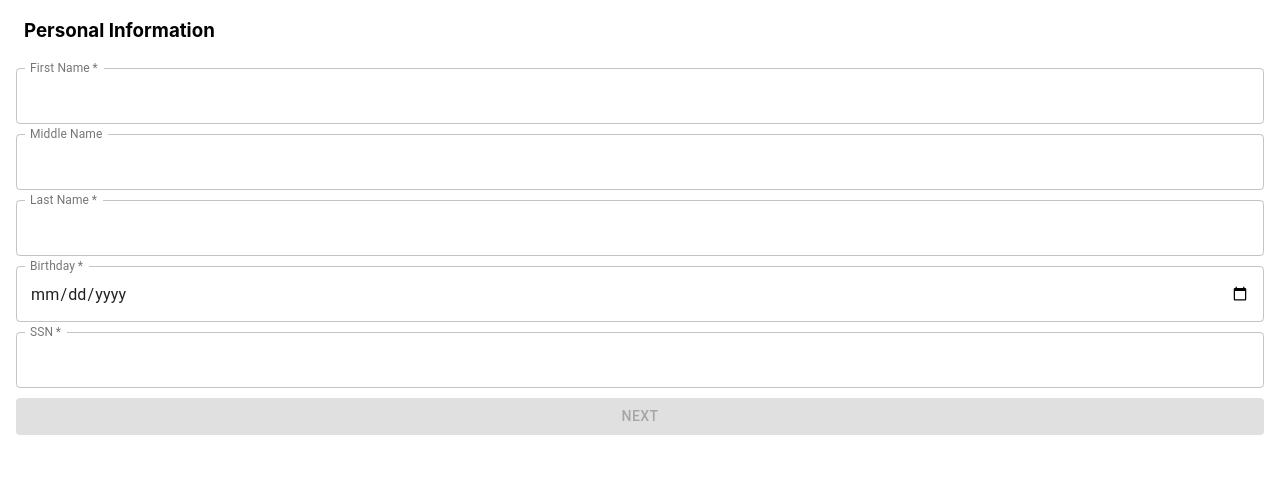
Repository: chathuraedirisingh/rr
Page: /
These files come from the project's save history. The page is drawn as it stood at one moment and after the next save; the edit follows.
The browser window is 1280 px wide. The pictures show the whole page.
The page's requests for data from a server got no answer. The project was rebuilt for these pictures with package versions that can differ from the ones it lists, and the page was loaded fresh each time. No one was signed in, and anything a server would have sent is missing. Also part of the build but not shown: src/components/FormContactDetails.js, src/components/FormEmployerDetails.js, src/components/Confirm.js.

Above is the page before, as saved 2019-12-19 15:28:50.

### src/App.js
import React, { Component } from 'react'
import UserForm from './components/UserForm'

export default class App extends Component {
  render() {
    return (
      <UserForm />
    )
  }
}

### src/components/UserForm.js
import React, { Component } from 'react'
import FormPersonalDetails from './FormPersonalDetails';
import FormContactDetails from './FormContactDetails';
import FormEmployerDetails from './FormEmployerDetails';
import Confirm from './Confirm';
import firebase from '../configs/firebase';
export default class UserForm extends Component {
    state = {
        step: 1,
        first_name: "",
        middle_name: "",
        last_name: "",
        document_number: '',
        ssn: "",
        email: "",
        phone: "",
        address: "",
        city: "",
        state: "",
        zip: "",
        employed: "",
        employer_name: "",
        job_title: "",
        emp_phone: "",
        income: "",
        start_date: "",
        income_ext: "",
        date_of_birth: "",
        date_of_expiry: "",
        date_of_issue: "",
        document_image: "",
        face_image: "",
        sex: "",
        verified: "",
        userdata: "",
        key: ''
    };



    nextStep = () => {
        const { step } = this.state;
        this.setState({
            step: step + 1
        });
        // console.log(this.state);
    };

    prevStep = () => {
        const { step } = this.state;
        this.setState({
            step: step - 1
        });
    };

    handleChange = input => e => {
        this.setState({
            [input]: e.target.value
        });
    };

    componentDidMount() {
        let search = window.location.search;
        let params = new URLSearchParams(search);
        let foo = params.get('key');

        if (!foo === null || foo === undefined) {
            console.log("undefined")
        } else {
            this.setState({
                key: foo
            });

            var userdata;
            const user_ref = firebase.database().ref('dealer_web/' + foo);
            user_ref.on('value', snapshot => {
                userdata = snapshot.val();
                this.setState({
                    first_name: userdata.first_name,
                    middle_name: userdata.middle_name,
                    last_name:userdata.last_name,
                    date_of_birth:userdata.date_of_birth,
                    ssn:userdata.ssn,
                    email:userdata.email,
                    phone:userdata.phone,
                    address:userdata.address,
                    city:userdata.city,
                    state:userdata.state,
                    zip:userdata.zip,
                    employed:userdata.employed,
                    employer_name:userdata.employer_name,
                    emp_phone:userdata.emp_phone,
                    income:userdata.income,
                    start_date:userdata.start_date,
                });
            })
            this.forceUpdate()
            console.log("Now State " + JSON.stringify(this.state))
        }
    }

    render() {
        const { step } = this.state;
        const {
            first_name,
            middle_name,
            last_name,
            document_number,
            ssn,
            email,
            phone,
            address,
            city,
            state,
            zip,
            employed,
            employer_name,
            job_title,
            emp_phone,
            income,
            start_date,
            income_ext,
            date_of_birth,
            date_of_expiry,
            date_of_issue,
            document_image,
            face_image,
            sex,
            verified, key,
            userdata
        } = this.state;

        const values = {
            first_name,
            middle_name,
            last_name,
            document_number,
            ssn,
            email,
            phone,
            address,
            city,
            state,
            zip,
            employed,
            employer_name,
            job_title,
            emp_phone,
            income,
            start_date,
            income_ext,
            date_of_birth,
            date_of_expiry,
            date_of_issue,
            document_image,
            face_image,
            sex,
            verified, key,
            userdata
        };

        // this.get_data(values.key)

        switch (step) {
            case 1:
                return (
                    <FormPersonalDetails
                        nextStep={this.nextStep}
                        handleChange={this.handleChange}
                        values={values}
                    />
                )

            case 2:
                return (
                    <FormContactDetails
                        nextStep={this.nextStep}
                        prevStep={this.prevStep}
                        handleChange={this.handleChange}
                        values={values}
                    />
                )
            case 3:
                return (
                    <FormEmployerDetails
                        nextStep={this.nextStep}
                        prevStep={this.prevStep}
                        handleChange={this.handleChange}
                        values={values}
                    />
                )

            case 4:
                return (
                    <Confirm
                        nextStep={this.nextStep}
                        prevStep={this.prevStep}
                        handleChange={this.handleChange}
                        values={values}
                    />
                )
        }

        return (
            <div>

            </div>
        )
    }
}

### src/components/FormPersonalDetails.js
import React, { Component, Fragment, useState } from "react";
import { Button, TextField, Container, Box } from "@material-ui/core";
import firebase from '../configs/firebase'

export default class FormPersonalDetails extends Component {
    continue = e => {
        e.preventDefault();
        this.props.nextStep();
    };

    render() {

        const { values, handleChange } = this.props;
        // console.log("Values "+JSON.stringify(values))
        return (
            <Fragment>
                <div style={{ width: '100%' }}>
                    <Container >
                        <h3>Personal Information</h3>
                    </Container>

                    <Box display="flex"
                        flexDirection="column"
                        p={1} m={1}
                        bgcolor="background.paper">
                        <TextField
                            required
                            style={{ marginBottom: 10 }}
                            label="First Name"
                            variant="outlined"
                            onChange={handleChange('first_name')}
                            defaultValue={values.first_name}
                            InputLabelProps={{
                                shrink: true,
                            }} />
                        <TextField
                            style={{ marginBottom: 10 }}
                            label="Middle Name"
                            variant="outlined"
                            onChange={handleChange('middle_name')}
                            defaultValue={values.middle_name}
                            InputLabelProps={{
                                shrink: true,
                            }} />
                        <TextField
                            required
                            style={{ marginBottom: 10 }}
                            label="Last Name"
                            variant="outlined"
                            onChange={handleChange('last_name')}
                            defaultValue={values.last_name}
                            InputLabelProps={{
                                shrink: true,
                            }} />
                        <TextField
                            required
                            style={{ marginBottom: 10 }}
                            id="date"
                            type="date"
                            label="Birthday"
                            variant="outlined"
                            onChange={handleChange('date_of_birth')}
                            defaultValue={values.date_of_birth}
                            InputLabelProps={{
                                shrink: true,
                            }}
                        />

                        <TextField
                            required
                            style={{ marginBottom: 10 }}
                            label="SSN"
                            variant="outlined"
                            onChange={handleChange('ssn')}
                            defaultValue={values.ssn}
                            InputLabelProps={{
                                shrink: true,
                            }} />
                        <Button
                            disabled={!values.ssn}
                            style={{ marginBottom: 10 }}
                            variant="contained"
                            color="primary"
                            href="#contained-buttons"
                            onClick={this.continue} >Next</Button>
                    </Box>

                </div>
            </Fragment>
        )
    }
}

### src/configs/firebase.js
import firebase from 'firebase';
import 'firebase/firestore';

const config = {
    apiKey: 'AIzaSyDpqJBIyrttzMP0CCRv0J39O2VA_xr6KTA',
    authDomain: 'corelogic-dealer-management.firebaseapp.com',
    databaseURL: 'https://corelogic-dealer-management.firebaseio.com',
    projectId: 'corelogic-dealer-management',
    storageBucket: 'corelogic-dealer-management.appspot.com',
    messagingSenderId: '188666342814',
    appId:'1:188666342814:web:e1f2de7ec67713cdf77a8f'
};

firebase.initializeApp(config);

export const firestore = firebase.firestore();
export default firebase;

Loaded but not shown: public/index.html (common file); src/index.js (common file); src/index.css (common file); src/serviceWorker.js (common file)

After the next save:
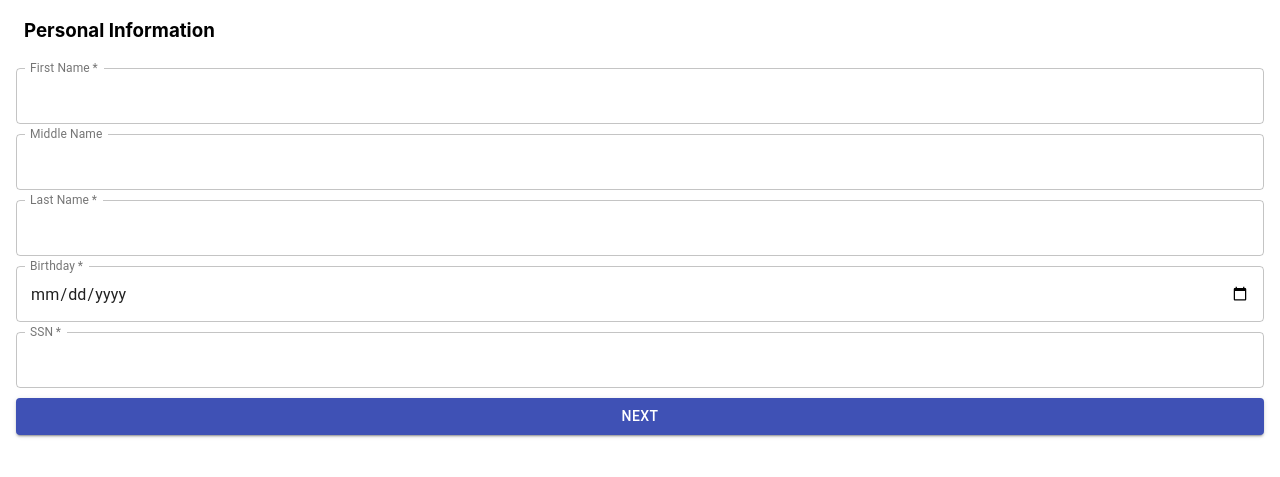
Saved 17 s later.
--- a/src/components/FormPersonalDetails.js
+++ b/src/components/FormPersonalDetails.js
@@ -77,7 +77,7 @@ export default class FormPersonalDetails extends Component {
                                 shrink: true,
                             }} />
                         <Button
-                            disabled={!values.ssn}
+                            // disabled={!values.ssn}
                             style={{ marginBottom: 10 }}
                             variant="contained"
                             color="primary"
